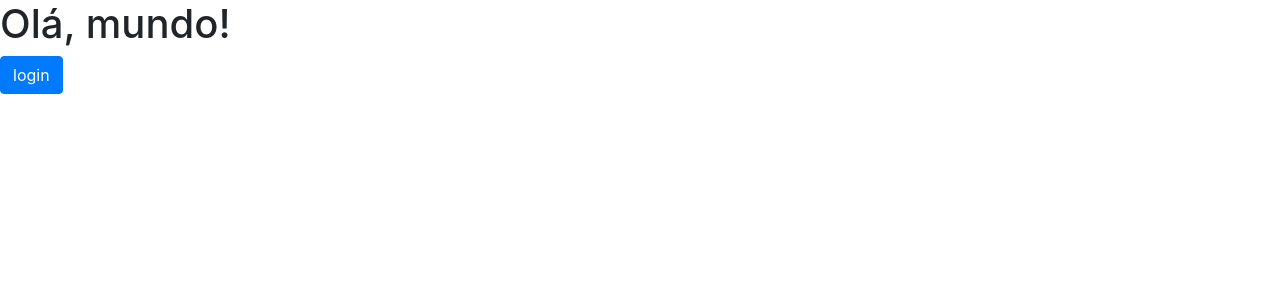
Repository: stefanosousaa/crud-php
Page: http://localhost/?page=novo
The author's editor kept a copy of each file at every save. The page is drawn from the files as they stood at one save, then again after the next save.
The browser window is 1280 px wide. The pictures show the whole page.
The page is run by PHP 8.4 with error messages shown; the project is at /var/www/html/.

Above is the page before, as saved 2023-05-24 18:50:16.

After the next save:
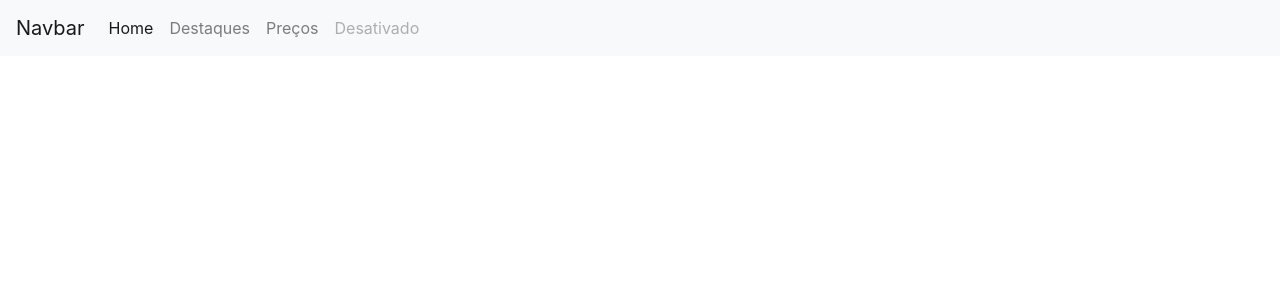
Saved 3 min 56 s later.
--- a/index.php
+++ b/index.php
@@ -11,8 +11,36 @@
     <title>Olá, mundo!</title>
   </head>
   <body>
-    <h1>Olá, mundo!</h1>
-    <button class=" btn btn-primary">login</button>
+  <nav class="navbar navbar-expand-lg navbar-light bg-light">
+  <a class="navbar-brand" href="#">Navbar</a>
+  <button class="navbar-toggler" type="button" data-toggle="collapse" data-target="#navbarNav" aria-controls="navbarNav" aria-expanded="false" aria-label="Alterna navegação">
+    <span class="navbar-toggler-icon"></span>
+  </button>
+  <div class="collapse navbar-collapse" id="navbarNav">
+    <ul class="navbar-nav">
+      <li class="nav-item active">
+        <a class="nav-link" href="#">Home <span class="sr-only">(Página atual)</span></a>
+      </li>
+      <li class="nav-item">
+        <a class="nav-link" href="#">Destaques</a>
+      </li>
+      <li class="nav-item">
+        <a class="nav-link" href="#">Preços</a>
+      </li>
+      <li class="nav-item">
+        <a class="nav-link disabled" href="#">Desativado</a>
+      </li>
+    </ul>
+  </div>
+</nav>
+
+
+
+
+
+
+
+
 
     <!-- JavaScript (Opcional) -->
     <!-- jQuery primeiro, depois Popper.js, depois Bootstrap JS -->
